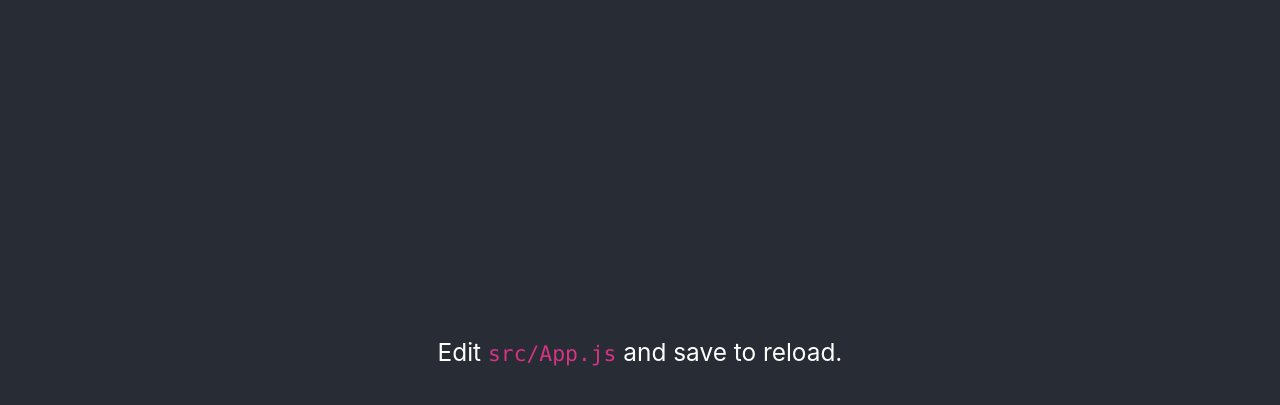
Repository: tuan842001/thulam
Page: /
The author's editor kept a copy of each file at every save. The page is drawn from the files as they stood at one save, then again after the next save.
The browser window is 1280 px wide. The pictures show the whole page.
The project was rebuilt for these pictures with package versions that can differ from the ones it lists, and the page was loaded fresh each time.

Above is the page before, as saved 2022-01-11 14:32:46.

### public/index.html
<!DOCTYPE html>
<html lang="en">
  <head>
    <meta charset="utf-8" />
    <link rel="icon" href="%PUBLIC_URL%/favicon.ico" />
    <meta name="viewport" content="width=device-width, initial-scale=1" />
    <meta name="theme-color" content="#000000" />
    <meta
      name="description"
      content="Web site created using create-react-app"
    />

    <link href="https://cdn.jsdelivr.net/npm/bootstrap@5.1.3/dist/css/bootstrap.min.css" rel="stylesheet" integrity="sha384-1BmE4kWBq78iYhFldvKuhfTAU6auU8tT94WrHftjDbrCEXSU1oBoqyl2QvZ6jIW3" crossorigin="anonymous">
<script src="https://cdn.jsdelivr.net/npm/bootstrap@5.1.3/dist/js/bootstrap.bundle.min.js" integrity="sha384-ka7Sk0Gln4gmtz2MlQnikT1wXgYsOg+OMhuP+IlRH9sENBO0LRn5q+8nbTov4+1p" crossorigin="anonymous"></script>
    <title>React App</title>
  </head>
  <body>
    <noscript>You need to enable JavaScript to run this app.</noscript>
    <div id="root"></div>

  </body>
</html>

### src/App.js
import "./App.css";

function App() {
  return (
    <div className="App">
      <header className="App-header">
        <p>
          Edit <code>src/App.js</code> and save to reload.
        </p>
      </header>
    </div>
  );
}

export default App;

Loaded but not shown: src/index.js (common file); src/index.css (common file); src/App.css (common file)

After the next save:
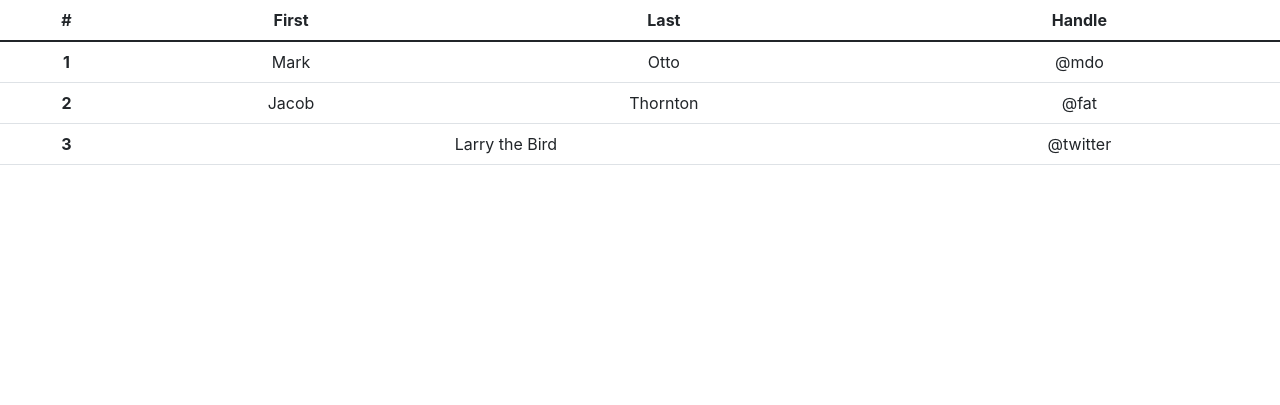
Saved 39 s later.
--- a/src/App.js
+++ b/src/App.js
@@ -3,11 +3,35 @@ import "./App.css";
 function App() {
   return (
     <div className="App">
-      <header className="App-header">
-        <p>
-          Edit <code>src/App.js</code> and save to reload.
-        </p>
-      </header>
+      <table class="table">
+        <thead>
+          <tr>
+            <th scope="col">#</th>
+            <th scope="col">First</th>
+            <th scope="col">Last</th>
+            <th scope="col">Handle</th>
+          </tr>
+        </thead>
+        <tbody>
+          <tr>
+            <th scope="row">1</th>
+            <td>Mark</td>
+            <td>Otto</td>
+            <td>@mdo</td>
+          </tr>
+          <tr>
+            <th scope="row">2</th>
+            <td>Jacob</td>
+            <td>Thornton</td>
+            <td>@fat</td>
+          </tr>
+          <tr>
+            <th scope="row">3</th>
+            <td colspan="2">Larry the Bird</td>
+            <td>@twitter</td>
+          </tr>
+        </tbody>
+      </table>
     </div>
   );
 }
